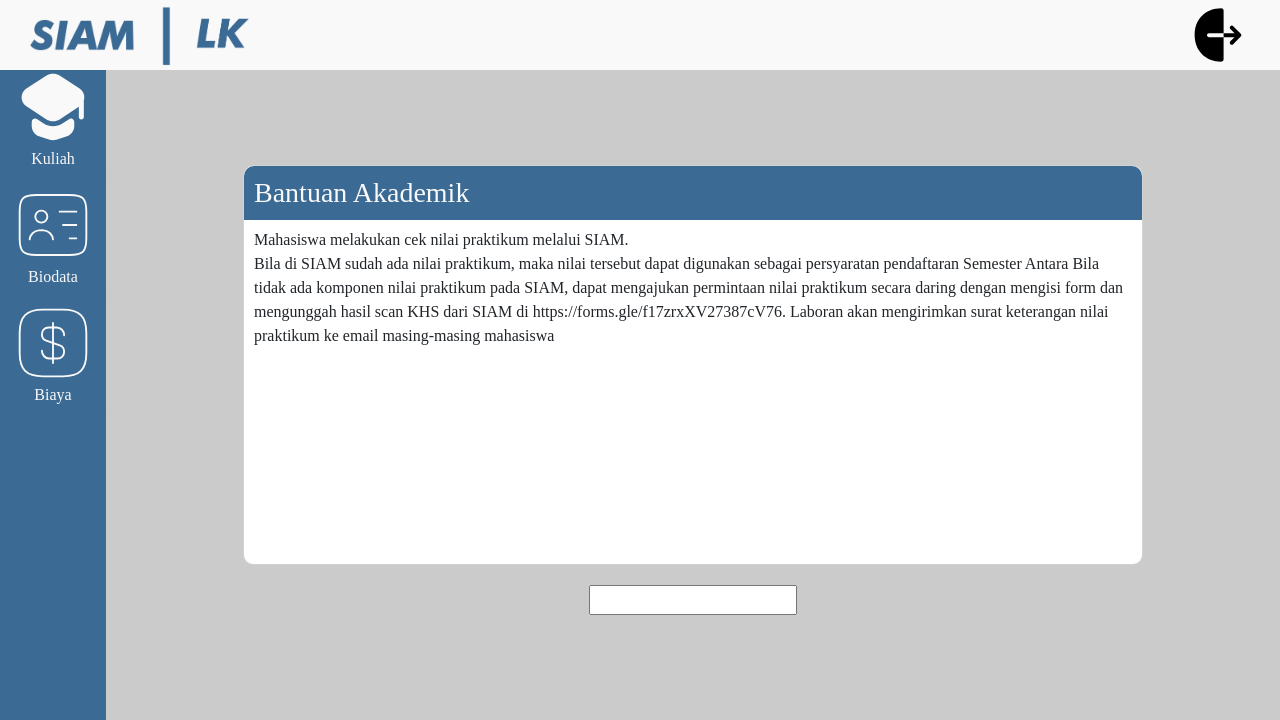
Repository: haikalirf/Project-IMK
Page: isiknowledgebase.html
These files come from the project's save history. The page is drawn as it stood at one moment and after the next save; the edit follows.
The browser window is 1280 px wide. The pictures show the whole page.
Some web fonts or font styles are not loaded; a fallback is used.

Above is the page before, as saved 2022-12-15 11:22:26.
Not found: scripts/.js

### isiknowledgebase.html
<!DOCTYPE html>
<html lang="en">
<head>
	<meta charset="UTF-8">
	<meta http-equiv="X-UA-Compatible" content="IE=edge">
	<meta name="viewport" content="width=device-width, initial-scale=1.0">
	<title>SIAM</title>
	<link rel="icon" href="/assets/logo_ub.ico">
	<link rel="stylesheet" href="https://cdn.jsdelivr.net/npm/bootstrap@5.2.3/dist/css/bootstrap.min.css" integrity="sha384-rbsA2VBKQhggwzxH7pPCaAqO46MgnOM80zW1RWuH61DGLwZJEdK2Kadq2F9CUG65" crossorigin="anonymous">
	<link rel="stylesheet" href="/styles/isiknowledgebase.css">
</head>
<body>
	<nav class="navbar" id="navbar">
		<div class="navbar-left">
			<a class="navbar-brand" href="/kuliah.html">
				<img class="navbar-image" src="/assets/SIAM.png" alt="SIAM">
			</a>
			<img src="/assets/Garis.svg" alt="">
			<a class="navbar-extra" href="kemahasiswaan.html">
				<img class="navbar-image" src="assets/LK.png" alt="Layanan Kemahasiswaan">
			</a>
		</div>
		<a class="navbar-link" href="landing.html">
			<img id="navbar-image" src="/assets/Logout.svg" alt="Logout">
		</a>
	</nav>
	<div class="mh-100" id="sidebar">
		<a class="btn" href="kuliah.html">
			<img id="sidebar-kuliah" src="/assets/Kuliah Logo.svg" alt="Kuliah">
			<label for="sidebar-kuliah">Kuliah</label>
		</a>
		<a class="btn" href="">
			<img id="sidebar-biodata" src="/assets/Biodata Logo Kosong.svg" alt="Biodata">
			<label for="sidebar-biodata">Biodata</label>
		</a>
		<a class="btn" href="">
			<img id="sidebar-biaya" src="/assets/Biaya Logo Kosong.svg" alt="Biaya">
			<label for="sidebar-biaya">Biaya</label>
		</a>
	</div>
	<main>
		<div class="card">
			<h3>Bantuan Akademik</h3>
			<p>Mahasiswa melakukan cek nilai praktikum melalui SIAM.<br>
				Bila di SIAM sudah ada nilai praktikum, maka nilai tersebut dapat digunakan sebagai persyaratan pendaftaran Semester Antara
				Bila tidak ada komponen nilai praktikum pada SIAM, dapat mengajukan permintaan nilai praktikum secara daring dengan mengisi form dan mengunggah hasil scan KHS dari SIAM di https://forms.gle/f17zrxXV27387cV76.
				Laboran akan mengirimkan surat keterangan nilai praktikum ke email masing-masing mahasiswa</p>
		</div>
		<a href="">
			<input type="text" name="" id="">
		</a>
	</main>
	<script src="https://cdn.jsdelivr.net/npm/bootstrap@5.2.3/dist/js/bootstrap.bundle.min.js" integrity="sha384-kenU1KFdBIe4zVF0s0G1M5b4hcpxyD9F7jL+jjXkk+Q2h455rYXK/7HAuoJl+0I4" crossorigin="anonymous"></script>
	<script src="/scripts/.js"></script>
</body>
</html>

### styles/isiknowledgebase.css
/* CSS Reset */
/*
	Josh's Custom CSS Reset
	https://www.joshwcomeau.com/css/custom-css-reset/
*/
*, *::before, *::after {
	box-sizing: border-box;
}
  * {
	margin: 0;
}
html, body {
	height: 100%;
}
body {
	line-height: 1.5;
	-webkit-font-smoothing: antialiased;
}
img, picture, video, canvas, svg {
	display: block;
	max-width: 100%;
}
input, button, textarea, select {
	font: inherit;
}
p, h1, h2, h3, h4, h5, h6 {
	overflow-wrap: break-word;
}
#root, #__next {
	isolation: isolate;
}
/* CSS Reset ends */

body {
	background-color: #cbcbcb;
	font-family: 'readex';
	font-size: 16px;
}

@font-face {
	font-family: 'readex';
	src:url('/assets/fonts/ReadexPro-Medium.ttf');
}

#navbar {
	display: flex;
	justify-content: space-between;
	position: fixed;
	background-color: #f9f9f9;
	z-index: 1;
	width: 100%;
	padding: 0px 30px;
}

.navbar-left {
	display: flex;
	align-items: center;
}

.navbar-image {
	height: 50px;
}

.navbar-extra {
	padding-bottom: 5px;
	margin-left: 15px;
}

main {
	padding-top: 60px;
	padding-left: 106px;
	display: flex;
	flex-direction: column;
	justify-content: center;
	align-items: center;
	height: 100vh;
	gap: 20px;
}

#sidebar {
	background-color: #3b6a94;
	display: flex;
	flex-direction: column;
	flex: 1;
	position: fixed;
	height: 100vh;
	padding-top: 60px;
}

#sidebar a:hover {
	background-color: #266093;
}

#sidebar img {
	width: 80px;
	height: 80px;
}

a img, a label {
	color: #f9f9f9;
}

.btn {
	background-color: #3b6a94;
}

.btn:hover {
	background-color: #266093;
}

.card {
	width: 900px;
	height: 400px;
	min-height: 200px;
	border-radius: 10px;
}

.card h3 {
	background-color: #3b6a94;
	color: #f9f9f9;
	border-radius: 10px 10px 0px 0px;
	padding: 10px;
}

.card p {
	margin: 0px 10px;
}

@media (max-width: 620px) {
	.card {
		width: 90%;
	}
}

After the next save:
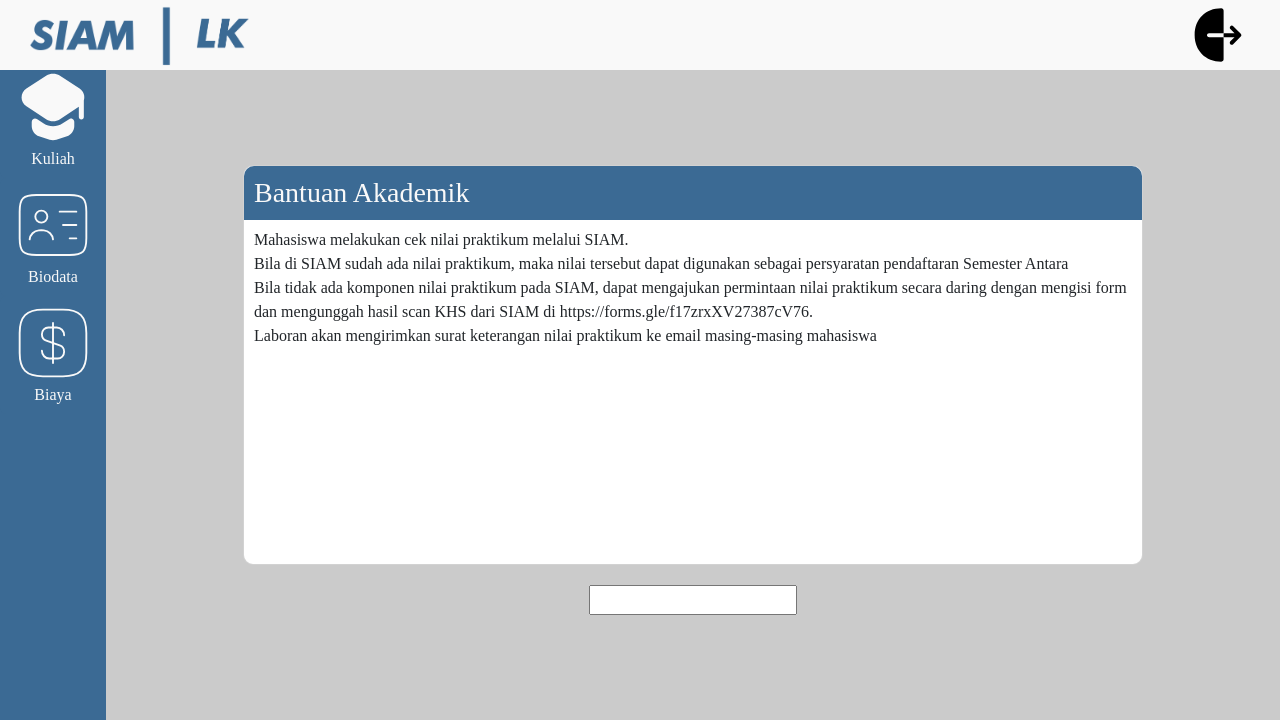
Saved 12 s later.
--- a/isiknowledgebase.html
+++ b/isiknowledgebase.html
@@ -42,8 +42,8 @@
 		<div class="card">
 			<h3>Bantuan Akademik</h3>
 			<p>Mahasiswa melakukan cek nilai praktikum melalui SIAM.<br>
-				Bila di SIAM sudah ada nilai praktikum, maka nilai tersebut dapat digunakan sebagai persyaratan pendaftaran Semester Antara
-				Bila tidak ada komponen nilai praktikum pada SIAM, dapat mengajukan permintaan nilai praktikum secara daring dengan mengisi form dan mengunggah hasil scan KHS dari SIAM di https://forms.gle/f17zrxXV27387cV76.
+				Bila di SIAM sudah ada nilai praktikum, maka nilai tersebut dapat digunakan sebagai persyaratan pendaftaran Semester Antara<br>
+				Bila tidak ada komponen nilai praktikum pada SIAM, dapat mengajukan permintaan nilai praktikum secara daring dengan mengisi form dan mengunggah hasil scan KHS dari SIAM di https://forms.gle/f17zrxXV27387cV76.<br>
 				Laboran akan mengirimkan surat keterangan nilai praktikum ke email masing-masing mahasiswa</p>
 		</div>
 		<a href="">
